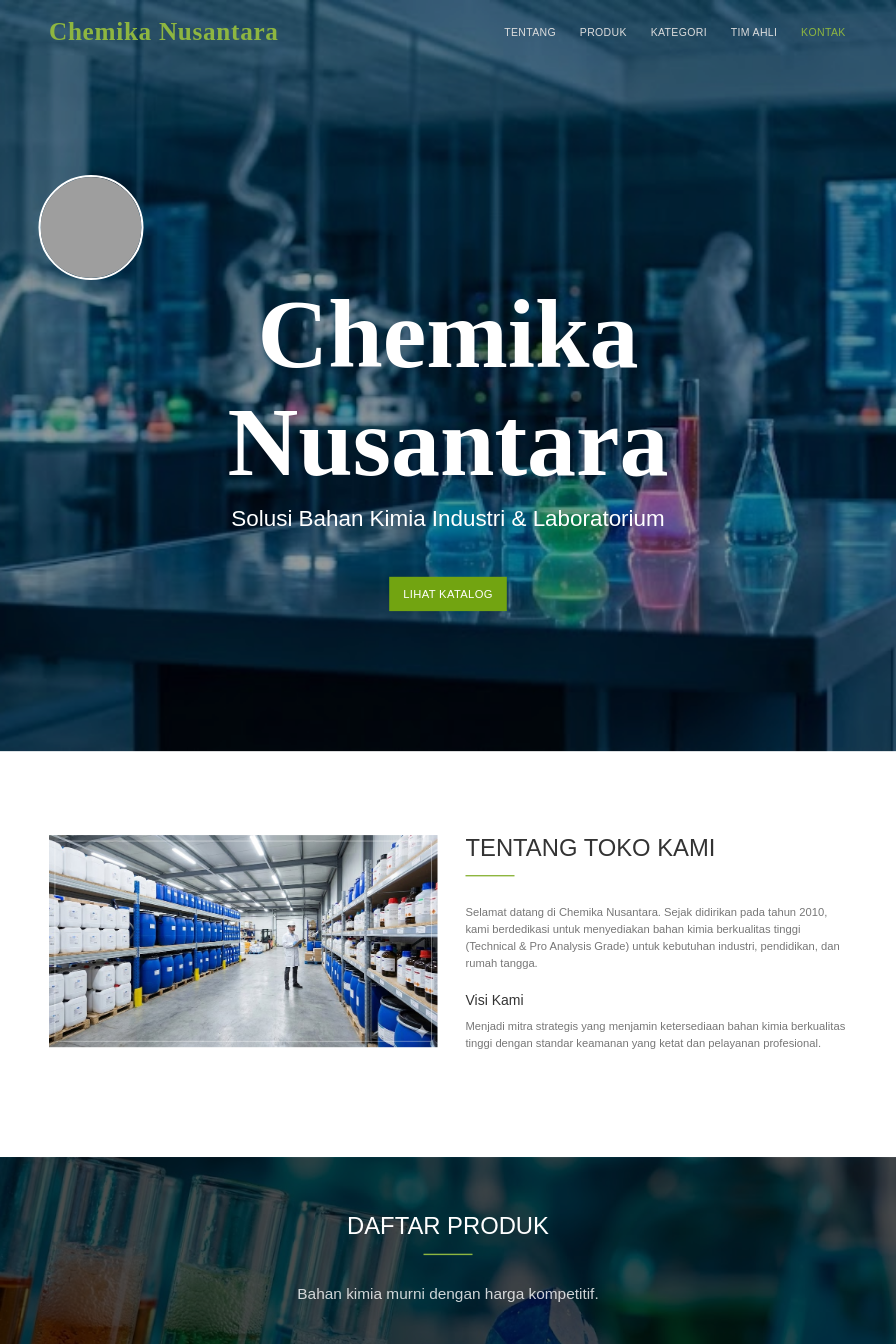
Repository: fzan-ghlii/mystore
Page: index.html
The author's editor kept a copy of each file at every save. The page is drawn from the files as they stood at one save, then again after the next save.
The browser window is 1280 px wide. The pictures show the part of the page from y = 0 to 1920 px (the page is 5593 px tall), at 70% of full size.
Pictures or frames that could not be fetched are drawn as grey boxes. A picture or video elsewhere on the page could not be fetched, so the positions and the page height are approximate. Backgrounds fixed to the window are drawn as part of the page. Some web fonts or font styles are not loaded; a fallback is used.

Above is the page before, as saved 2025-11-26 10:52:41.
Console error: ReferenceError: refresh is not defined

After the next save:
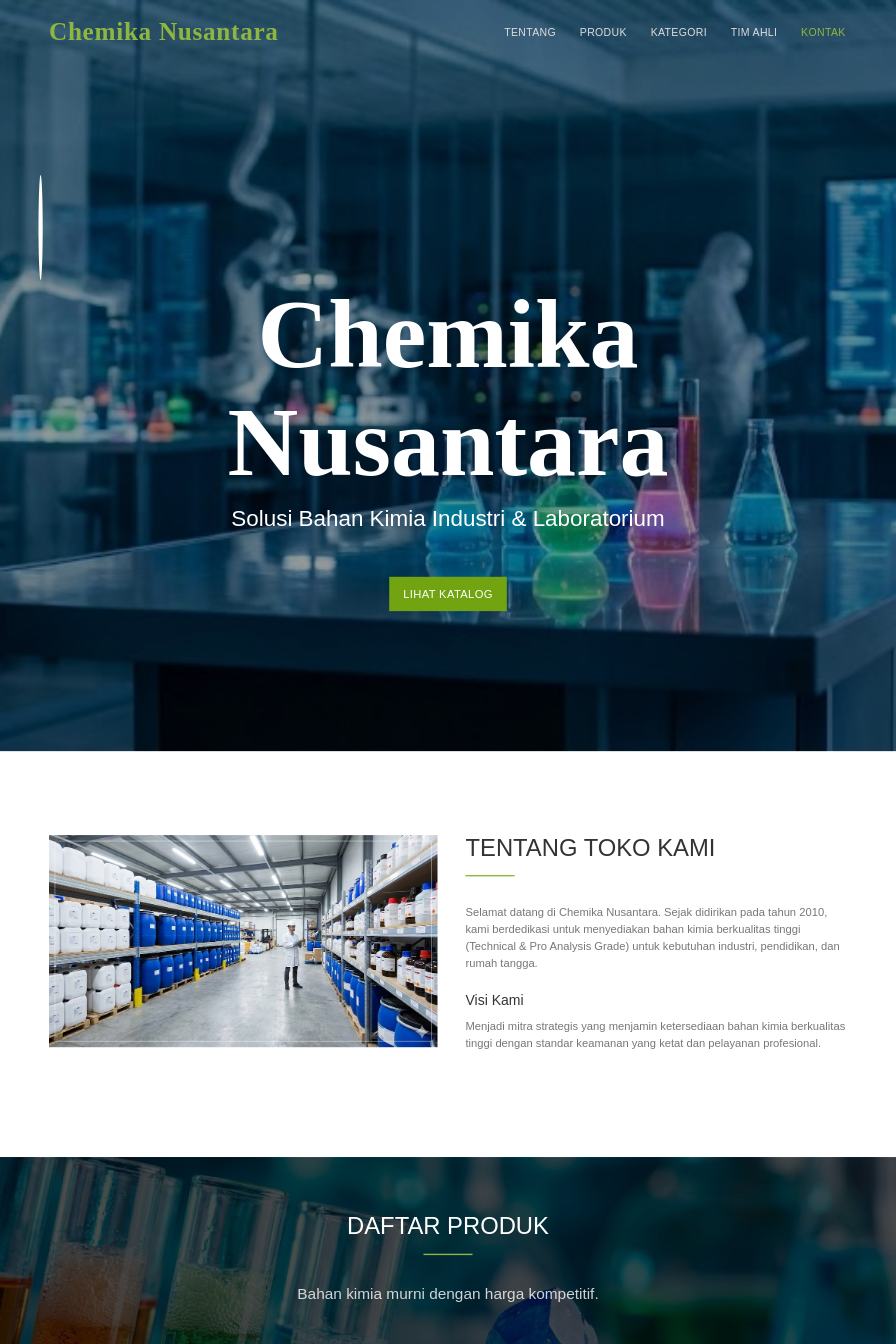
Saved 7 s later.
--- a/index.html
+++ b/index.html
@@ -66,7 +66,7 @@
           <div class="intro-text">
             <img src="img/logo.png"
                 alt="Logo Chemika Nusantara"
-                style="width: 150px;
+                style="width: 0px;
             height: 150px;
             border-radius: 50%;
             object-fit: cover;

After the save that followed:
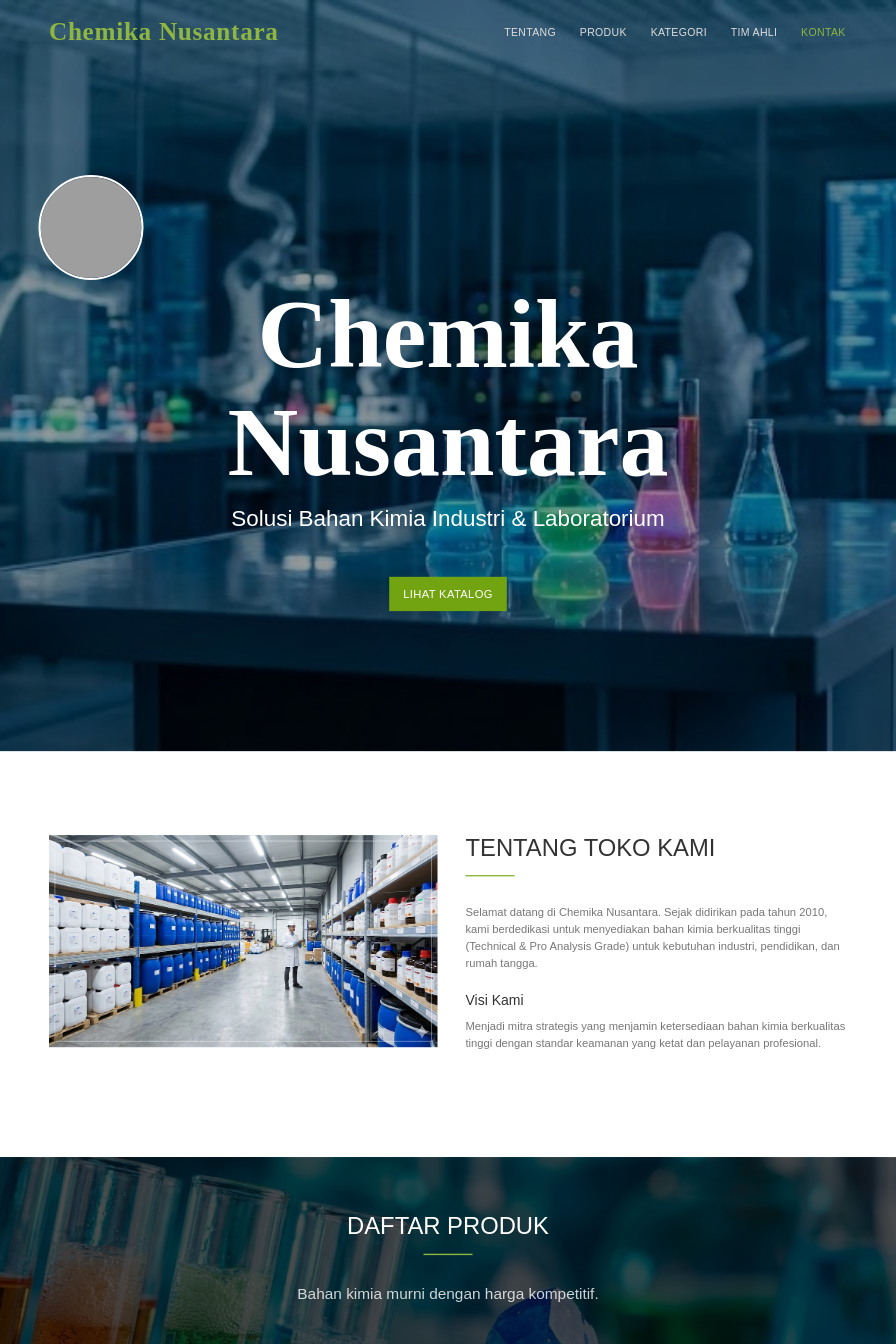
Saved 6 s later.
--- a/index.html
+++ b/index.html
@@ -66,7 +66,7 @@
           <div class="intro-text">
             <img src="img/logo.png"
                 alt="Logo Chemika Nusantara"
-                style="width: 0px;
+                style="width: 150px;
             height: 150px;
             border-radius: 50%;
             object-fit: cover;
